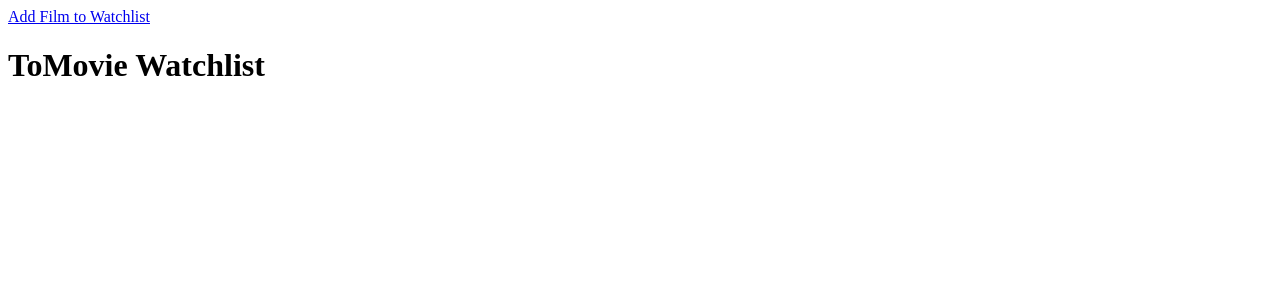
Repository: dannie-su-sjsu/CS157A-team6
Page: http://localhost/ToMovie/ViewServlet
An editor plug-in stored every save of this project. The page is shown before and after the next save, followed by the edit.
The browser window is 1280 px wide. The pictures show the whole page.
The page is served by Tomcat 9.

Above is the page before, as saved 2023-07-21 04:18:22.

After the next save:
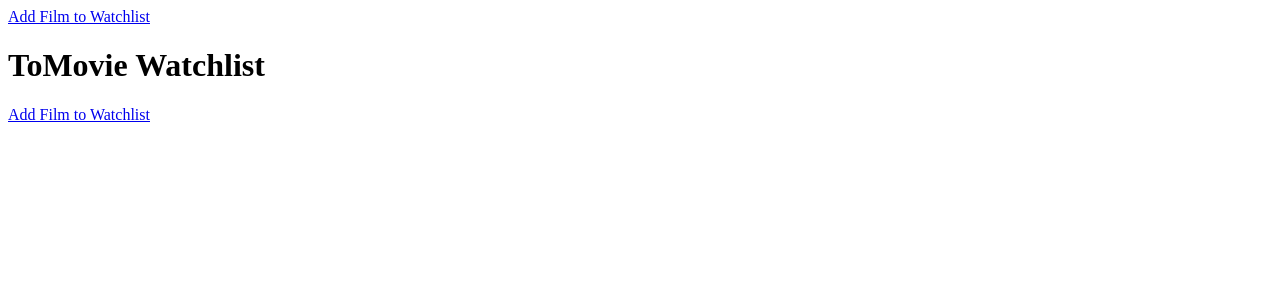
Saved 22 s later.
--- a/ToMovie/src/main/java/ViewServlet.java
+++ b/ToMovie/src/main/java/ViewServlet.java
@@ -31,6 +31,8 @@ public class ViewServlet extends HttpServlet {
 		PrintWriter out=response.getWriter();
 		out.println("<a href='AddFilm.html'>Add Film to Watchlist</a>");
 	    out.println("<h1>ToMovie Watchlist</h1>");
+		out.println("<a href='AddFilm.html'>Add Film to Watchlist</a>");
+
 
 
 	}
